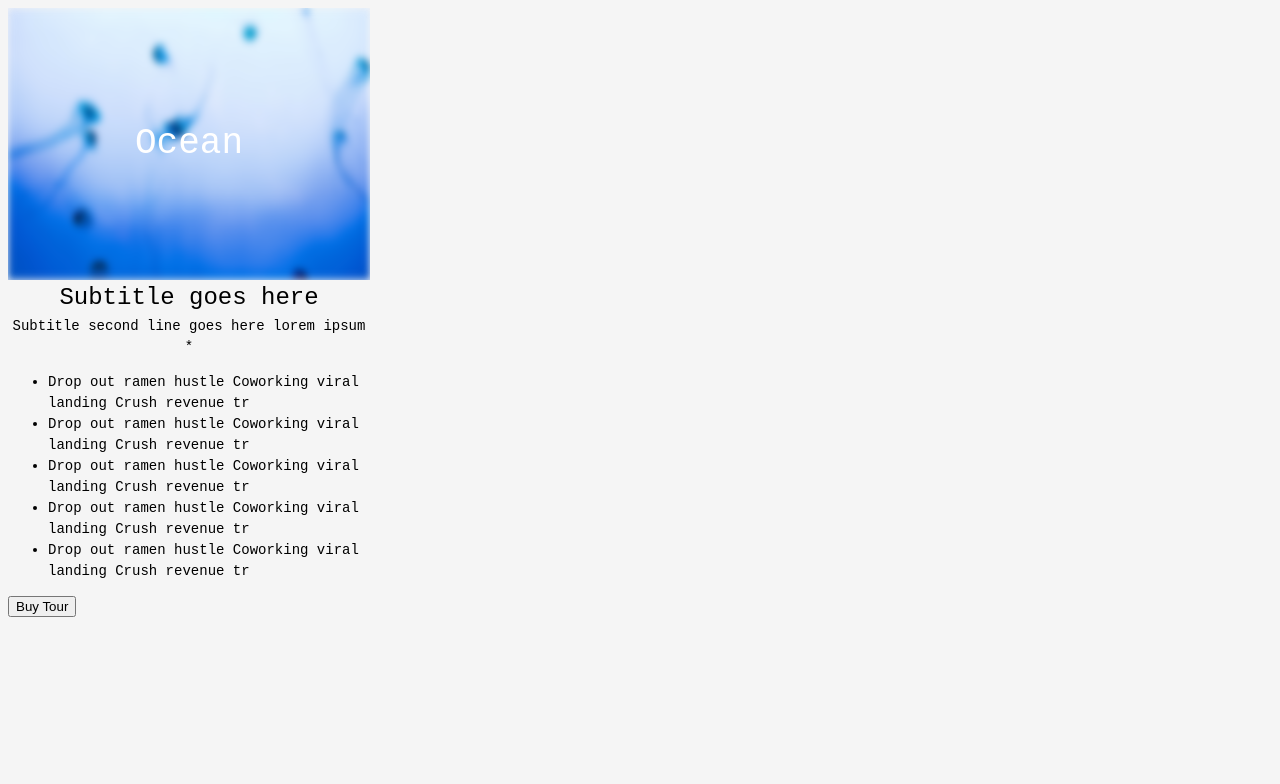
Repository: HoanTiny/pricetable
Page: index.html
The author's editor kept a copy of each file at every save. The page is drawn from the files as they stood at one save, then again after the next save.
The browser window is 1280 px wide. The pictures show the whole page.

Above is the page before, as saved 2022-07-04 10:08:28.

After the next save:
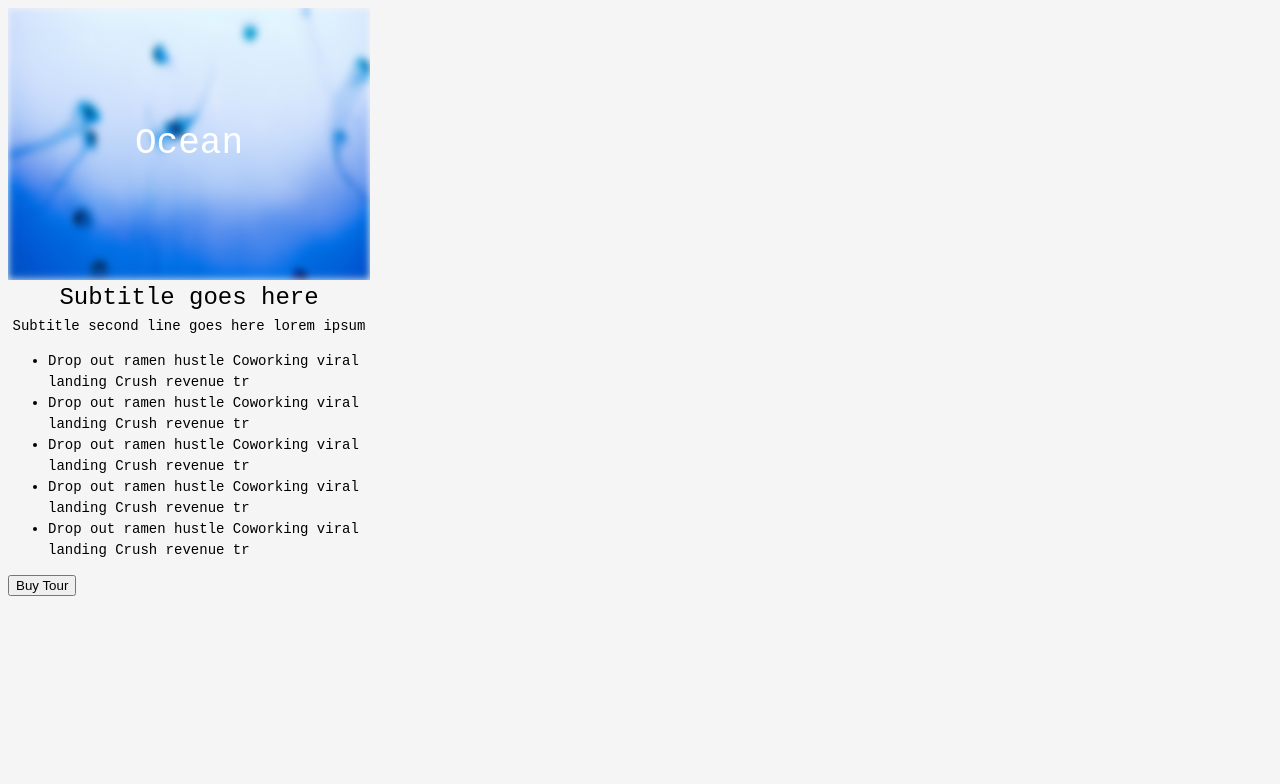
Saved 10 s later.
--- a/index.html
+++ b/index.html
@@ -17,9 +17,7 @@
                 <div class="title">
                     <div class="title_header">
                         <p>Subtitle goes here</p>
-                        <span
-                            >Subtitle second line goes here lorem ipsum *</span
-                        >
+                        <span>Subtitle second line goes here lorem ipsum</span>
                     </div>
                     <div class="title_list">
                         <ul>
